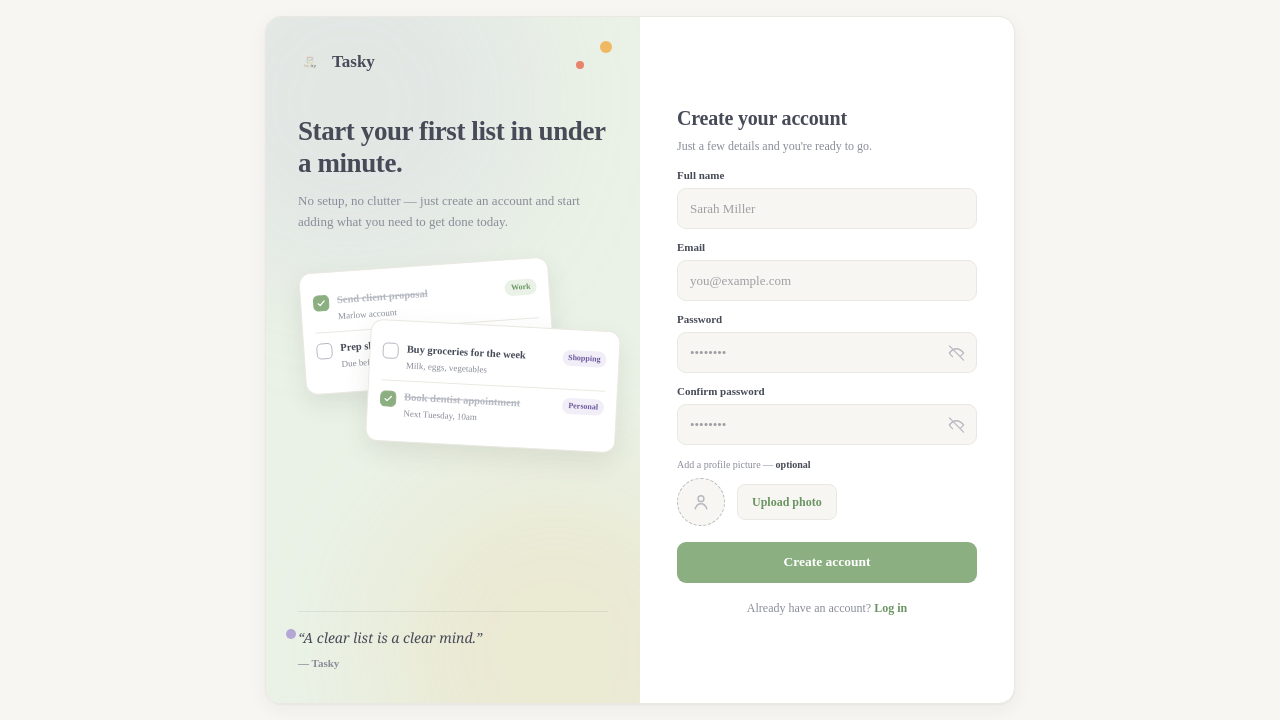
Repository: Anfel-bth/Tasky_
Page: /register (app in task-manager-frontend/)
The author's editor kept a copy of each file at every save. The page is drawn from the files as they stood at one save, then again after the next save.
The browser window is 1280 px wide. The pictures show the whole page.
The project was rebuilt for these pictures with package versions that can differ from the ones it lists, and the page was loaded fresh each time. Also part of the build but not shown: task-manager-frontend/vite.config.js, task-manager-frontend/src/Components/login.jsx, task-manager-frontend/src/Components/Landing.jsx, task-manager-frontend/src/Components/dashboard.jsx.

Above is the page before, as saved 2026-09-02 12:10:38.

### task-manager-frontend/index.html
<!doctype html>
<html lang="en">
  <head>
    <meta charset="UTF-8" />
    <link rel="icon" type="image/svg+xml" href="/favicon.svg" />
    <meta name="viewport" content="width=device-width, initial-scale=1.0" />
    <title>task-manager-frontend</title>
  </head>
  <body>
    <div id="root"></div>
    <script type="module" src="/src/main.jsx"></script>
  </body>
</html>

### task-manager-frontend/src/index.css
@import "tailwindcss";

@import url("https://fonts.googleapis.com/css2?family=Manrope:wght@400;500;600;700;800&display=swap");

body {
  margin: 0;
  font-family: "Manrope", sans-serif;
}

### task-manager-frontend/src/App.jsx
import { createBrowserRouter, RouterProvider } from "react-router-dom";
import Login from "./Components/login.jsx";
import LandingPage from "./Components/Landing.jsx";
import Dashboard from "./Components/dashboard.jsx";
import Register from "./Components/register.jsx";
const router = createBrowserRouter([
  {
    path: "/",
    children: [
      {
        index: true,
        element: <LandingPage />,
      },
      {
        path: "login",
        element: <Login />,
      },
      {
        path: "dashboard",
        element: <Dashboard />,
      },
      {
        path: "register",
        element: <Register />,
      },
    ],
  },
]);
export default function App() {
  return <RouterProvider router={router} />;
}

### task-manager-frontend/src/Components/register.jsx
import React, { useState } from "react";
import logo from "../assets/logo.png";

const Register = () => {
  const [form, setForm] = useState({
    name: "",
    email: "",
    password: "",
    confirmPassword: "",
  });

  const [showPassword, setShowPassword] = useState(false);
  const [showConfirmPassword, setShowConfirmPassword] = useState(false);
  const [profileImage, setProfileImage] = useState(null);
  const [error, setError] = useState("");

  // Handle inputs
  const handleChange = (e) => {
    setForm({
      ...form,
      [e.target.name]: e.target.value,
    });

    setError("");
  };

  // Profile picture
  const handleImageChange = (e) => {
    const file = e.target.files[0];

    if (file) {
      setProfileImage(URL.createObjectURL(file));
    }
  };

  // Simple static validation
  const handleSubmit = (e) => {
    e.preventDefault();

    if (!form.name || !form.email || !form.password || !form.confirmPassword) {
      setError("Please fill in all required fields.");
      return;
    }

    if (form.password !== form.confirmPassword) {
      setError("Passwords do not match.");
      return;
    }

    if (form.password.length < 6) {
      setError("Password must contain at least 6 characters.");
      return;
    }

    setError("");
    alert("Account created successfully!");
  };

  return (
    <div className="min-h-screen bg-[#F7F6F2] px-4 py-4 font-[Manrope] text-[#474A57] sm:px-6">
      {/* =========================
          MAIN CONTAINER
      ========================= */}
      <div className="mx-auto grid min-h-[calc(100vh-32px)] max-w-[750px] overflow-hidden rounded-[16px] border border-[#EAE8E2] bg-white shadow-[0_1px_2px_rgba(40,38,30,0.04),0_6px_20px_rgba(40,38,30,0.05)] lg:grid-cols-2">
        {/* =========================
            LEFT BRAND PANEL
        ========================= */}
        <div className="relative hidden overflow-hidden bg-[#EAF2E7] p-8 lg:flex lg:flex-col">
          {/* Decorative gradients */}
          <div className="absolute -left-24 -top-24 h-[360px] w-[360px] rounded-full bg-[#B4A7D6]/15 blur-3xl" />
          <div className="absolute -bottom-32 -right-24 h-[360px] w-[360px] rounded-full bg-[#F0B860]/15 blur-3xl" />

          {/* Decorative dots */}
          <span className="absolute right-7 top-6 h-3 w-3 rounded-full bg-[#F0B860]" />
          <span className="absolute right-14 top-11 h-2 w-2 rounded-full bg-[#E8836C]" />
          <span className="absolute bottom-16 left-5 h-2.5 w-2.5 rounded-full bg-[#B4A7D6]" />

          {/* Logo */}
          <div className="relative flex items-center gap-2.5">
            <img
              src={logo}
              alt="Tasky"
              className="h-6 w-6 object-contain"
            />

            <span className="text-[17px] font-bold">Tasky</span>
          </div>

          {/* Text */}
          <div className="relative mt-10 max-w-[330px]">
            <h1 className="text-[27px] font-extrabold leading-[1.2] tracking-[-0.015em]">
              Start your first list in under a minute.
            </h1>

            <p className="mt-3 text-[13px] leading-[1.6] text-[#8A8D99]">
              No setup, no clutter — just create an account and start adding
              what you need to get done today.
            </p>
          </div>

          {/* Floating task cards */}
          <div className="relative mt-8 flex-1">
            {/* Card 1 */}
            <div className="absolute left-1 top-0 z-10 w-[250px] -rotate-[4deg] rounded-xl border border-[#EAE8E2] bg-white p-3 shadow-[0_10px_25px_rgba(70,70,50,0.10)]">
              <MiniTask
                completed
                title="Send client proposal"
                description="Marlow account"
                tag="Work"
                tagClass="bg-[#EAF2E7] text-[#6B9463]"
              />

              <MiniTask
                title="Prep slides for team sync"
                description="Due before 2pm"
                tag="Work"
                tagClass="bg-[#FCF1DF] text-[#A8730F]"
              />
            </div>

            {/* Card 2 */}
            <div className="absolute left-[70px] top-[60px] z-20 w-[250px] rotate-[3deg] rounded-xl border border-[#EAE8E2] bg-white p-3 shadow-[0_10px_25px_rgba(70,70,50,0.10)]">
              <MiniTask
                title="Buy groceries for the week"
                description="Milk, eggs, vegetables"
                tag="Shopping"
                tagClass="bg-[#F1EEF8] text-[#6C5A9E]"
              />

              <MiniTask
                completed
                title="Book dentist appointment"
                description="Next Tuesday, 10am"
                tag="Personal"
                tagClass="bg-[#F1EEF8] text-[#6C5A9E]"
              />
            </div>
          </div>

          {/* Quote */}
          <div className="relative mt-auto border-t border-[#474A57]/10 pt-4">
            <p className="font-serif text-[14px] italic leading-[1.45]">
              “A clear list is a clear mind.”
            </p>

            <span className="mt-1.5 block text-[11px] font-semibold text-[#8A8D99]">
              — Tasky
            </span>
          </div>
        </div>

        {/* =========================
            RIGHT FORM PANEL
        ========================= */}
        <div className="flex items-center justify-center px-4 py-5 sm:px-6 lg:px-8">
          <div className="w-full max-w-[300px]">
            {/* Header */}
            <div>
              <h2 className="text-[20px] font-extrabold tracking-[-0.01em]">
                Create your account
              </h2>

              <p className="mt-1 text-[12px] text-[#8A8D99]">
                Just a few details and you're ready to go.
              </p>
            </div>

            <form onSubmit={handleSubmit}>
              {/* Full name */}
              <div className="mt-3">
                <label className="mb-1 block text-[11px] font-bold">
                  Full name
                </label>

                <input
                  type="text"
                  name="name"
                  value={form.name}
                  onChange={handleChange}
                  placeholder="Sarah Miller"
                  className="w-full rounded-[9px] border-[1.4px] border-[#EAE8E2] bg-[#F7F6F2] px-3 py-2.5 text-[13px] outline-none transition focus:border-[#8CAF82] focus:bg-white focus:ring-[3px] focus:ring-[#EAF2E7]"
                />
              </div>

              {/* Email */}
              <div className="mt-2.5">
                <label className="mb-1 block text-[11px] font-bold">
                  Email
                </label>

                <input
                  type="email"
                  name="email"
                  value={form.email}
                  onChange={handleChange}
                  placeholder="you@example.com"
                  className="w-full rounded-[9px] border-[1.4px] border-[#EAE8E2] bg-[#F7F6F2] px-3 py-2.5 text-[13px] outline-none transition focus:border-[#8CAF82] focus:bg-white focus:ring-[3px] focus:ring-[#EAF2E7]"
                />
              </div>

              {/* Password */}
              <div className="mt-2.5">
                <label className="mb-1 block text-[11px] font-bold">
                  Password
                </label>

                <div className="relative">
                  <input
                    type={showPassword ? "text" : "password"}
                    name="password"
                    value={form.password}
                    onChange={handleChange}
                    placeholder="••••••••"
                    className="w-full rounded-[9px] border-[1.4px] border-[#EAE8E2] bg-[#F7F6F2] px-3 py-2.5 pr-10 text-[13px] outline-none transition focus:border-[#8CAF82] focus:bg-white focus:ring-[3px] focus:ring-[#EAF2E7]"
                  />

                  <button
                    type="button"
                    onClick={() => setShowPassword(!showPassword)}
                    className="absolute right-3 top-1/2 -translate-y-1/2 text-[#B7B9C2] transition hover:text-[#6B9463]"
                  >
                    <EyeIcon visible={showPassword} />
                  </button>
                </div>
              </div>

              {/* Confirm password */}
              <div className="mt-2.5">
                <label className="mb-1 block text-[11px] font-bold">
                  Confirm password
                </label>

                <div className="relative">
                  <input
                    type={showConfirmPassword ? "text" : "password"}
                    name="confirmPassword"
                    value={form.confirmPassword}
                    onChange={handleChange}
                    placeholder="••••••••"
                    className="w-full rounded-[9px] border-[1.4px] border-[#EAE8E2] bg-[#F7F6F2] px-3 py-2.5 pr-10 text-[13px] outline-none transition focus:border-[#8CAF82] focus:bg-white focus:ring-[3px] focus:ring-[#EAF2E7]"
                  />

                  <button
                    type="button"
                    onClick={() =>
                      setShowConfirmPassword(!showConfirmPassword)
                    }
                    className="absolute right-3 top-1/2 -translate-y-1/2 text-[#B7B9C2] transition hover:text-[#6B9463]"
                  >
                    <EyeIcon visible={showConfirmPassword} />
                  </button>
                </div>
              </div>

              {/* Profile picture */}
              <div className="mt-3">
                <p className="mb-1.5 text-[10px] text-[#8A8D99]">
                  Add a profile picture —{" "}
                  <b className="font-bold text-[#474A57]">optional</b>
                </p>

                <div className="flex items-center gap-3">
                  {/* Avatar */}
                  <div className="flex h-12 w-12 shrink-0 items-center justify-center overflow-hidden rounded-full border-[1.4px] border-dashed border-[#B7B9C2] bg-[#F7F6F2]">
                    {profileImage ? (
                      <img
                        src={profileImage}
                        alt="Profile preview"
                        className="h-full w-full object-cover"
                      />
                    ) : (
                      <UserIcon />
                    )}
                  </div>

                  {/* Upload */}
                  <label className="cursor-pointer rounded-lg border-[1.4px] border-[#EAE8E2] bg-[#F7F6F2] px-3.5 py-2 text-[12px] font-bold text-[#6B9463] transition hover:bg-[#EAF2E7]">
                    Upload photo

                    <input
                      type="file"
                      accept="image/*"
                      onChange={handleImageChange}
                      className="hidden"
                    />
                  </label>
                </div>
              </div>

              {/* Error */}
              {error && (
                <div className="mt-3 rounded-lg bg-[#FBEBE6] px-3 py-2 text-center text-[11.5px] font-semibold text-[#E8836C]">
                  {error}
                </div>
              )}

              {/* Submit */}
              <button
                type="submit"
                className="mt-4 w-full rounded-[9px] bg-[#8CAF82] py-2.5 text-[13.5px] font-bold text-white transition-all duration-200 hover:-translate-y-[1px] hover:bg-[#6B9463]"
              >
                Create account
              </button>

              {/* Static login text — NO LINK */}
              <div className="mt-4 text-center text-[12px] text-[#8A8D99]">
                Already have an account?{" "}
                <a
                  href="/login"
                  className="font-bold text-[#6B9463] hover:text-[#474A57]"
                >
                  Log in
                </a>
              </div>
            </form>
          </div>
        </div>
      </div>
    </div>
  );
};


/* =====================================================
   MINI TASK COMPONENT
===================================================== */

const MiniTask = ({
  completed = false,
  title,
  description,
  tag,
  tagClass,
}) => {
  return (
    <div className="flex items-start gap-2 border-t border-[#EAE8E2] py-2 first:border-t-0">
      {/* Checkbox */}
      <div
        className={`mt-0.5 flex h-4 w-4 shrink-0 items-center justify-center rounded-[5px] border ${
          completed
            ? "border-[#8CAF82] bg-[#8CAF82]"
            : "border-[#B7B9C2]"
        }`}
      >
        {completed && (
          <svg
            viewBox="0 0 16 16"
            fill="none"
            className="h-2.5 w-2.5"
          >
            <path
              d="M3 8.5L6.2 11.5L13 4.5"
              stroke="white"
              strokeWidth="2"
              strokeLinecap="round"
              strokeLinejoin="round"
            />
          </svg>
        )}
      </div>

      {/* Text */}
      <div className="min-w-0 flex-1">
        <div
          className={`text-[10.5px] font-bold ${
            completed
              ? "text-[#B7B9C2] line-through"
              : "text-[#474A57]"
          }`}
        >
          {title}
        </div>

        <div className="mt-0.5 text-[9px] text-[#8A8D99]">
          {description}
        </div>
      </div>

      {/* Tag */}
      <span
        className={`rounded-full px-1.5 py-0.5 text-[8px] font-bold ${tagClass}`}
      >
        {tag}
      </span>
    </div>
  );
};


/* =====================================================
   EYE ICON
===================================================== */

const EyeIcon = ({ visible }) => {
  return visible ? (
    <svg
      viewBox="0 0 24 24"
      fill="none"
      stroke="currentColor"
      strokeWidth="1.8"
      className="h-[17px] w-[17px]"
    >
      <path d="M1 12s4-7 11-7 11 7 11 7-4 7-11 7-11-7-11-7z" />
      <circle cx="12" cy="12" r="3" />
    </svg>
  ) : (
    <svg
      viewBox="0 0 24 24"
      fill="none"
      stroke="currentColor"
      strokeWidth="1.8"
      className="h-[17px] w-[17px]"
    >
      <path
        d="M2 12c3-4 6-6 10-6s7 2 10 6c-1.2 1.7-2.5 3-4 4"
        strokeLinecap="round"
        strokeLinejoin="round"
      />

      <path
        d="M6.5 17.2C4.7 16 3.2 14.3 2 12"
        strokeLinecap="round"
        strokeLinejoin="round"
      />

      <path
        d="M2 2l20 20"
        strokeLinecap="round"
      />
    </svg>
  );
};


/* =====================================================
   USER ICON
===================================================== */

const UserIcon = () => {
  return (
    <svg
      viewBox="0 0 24 24"
      fill="none"
      stroke="currentColor"
      strokeWidth="1.8"
      className="h-5 w-5 text-[#B7B9C2]"
    >
      <circle cx="12" cy="8" r="3.5" />

      <path
        d="M5 20c1.4-3.8 4.4-6 7-6s5.6 2.2 7 6"
        strokeLinecap="round"
      />
    </svg>
  );
};

export default Register;

Loaded but not shown: task-manager-frontend/src/main.jsx (common file)

After the next save:
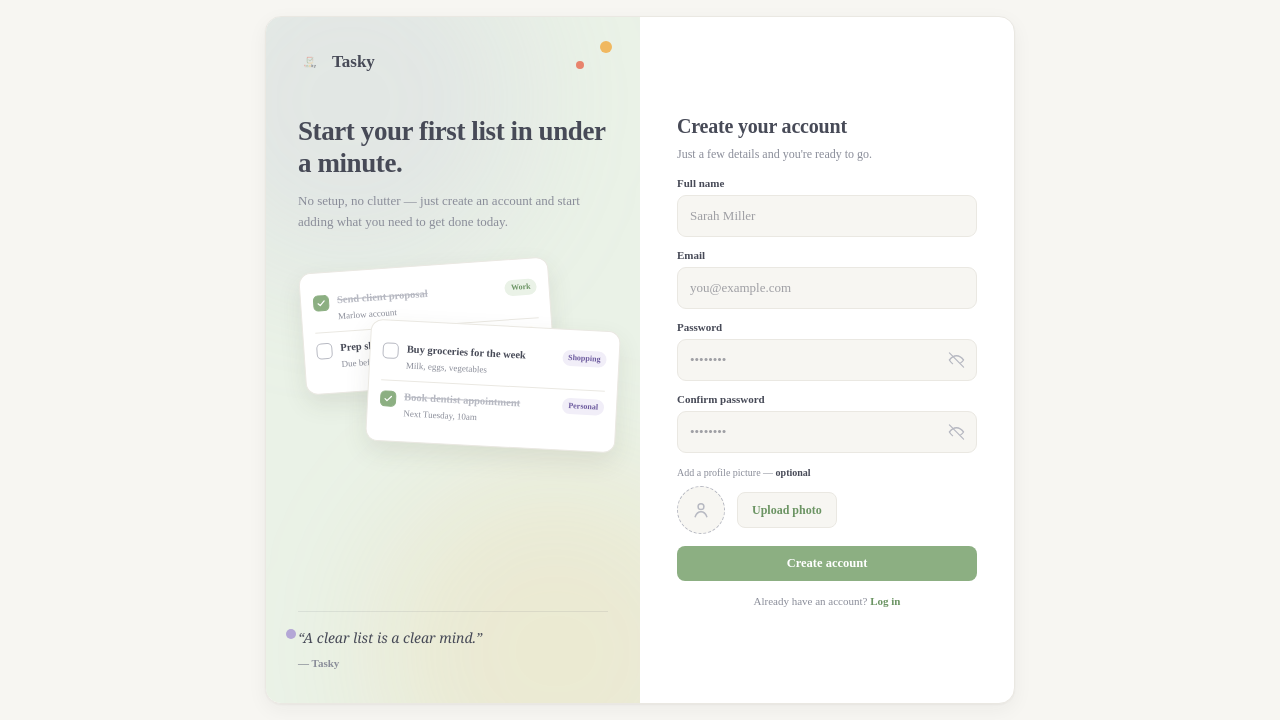
Saved 5 s later.
--- a/task-manager-frontend/src/Components/register.jsx
+++ b/task-manager-frontend/src/Components/register.jsx
@@ -297,13 +297,13 @@ const Register = () => {
               {/* Submit */}
               <button
                 type="submit"
-                className="mt-4 w-full rounded-[9px] bg-[#8CAF82] py-2.5 text-[13.5px] font-bold text-white transition-all duration-200 hover:-translate-y-[1px] hover:bg-[#6B9463]"
+                className="mt-3 w-full rounded-[8px] bg-[#8CAF82] py-2 text-[12.5px] font-bold text-white transition-all duration-200 hover:-translate-y-[1px] hover:bg-[#6B9463]"
               >
                 Create account
               </button>
 
-              {/* Static login text — NO LINK */}
-              <div className="mt-4 text-center text-[12px] text-[#8A8D99]">
+              {/* Sign in link */}
+              <div className="mt-3 text-center text-[11px] text-[#8A8D99]">
                 Already have an account?{" "}
                 <a
                   href="/login"
